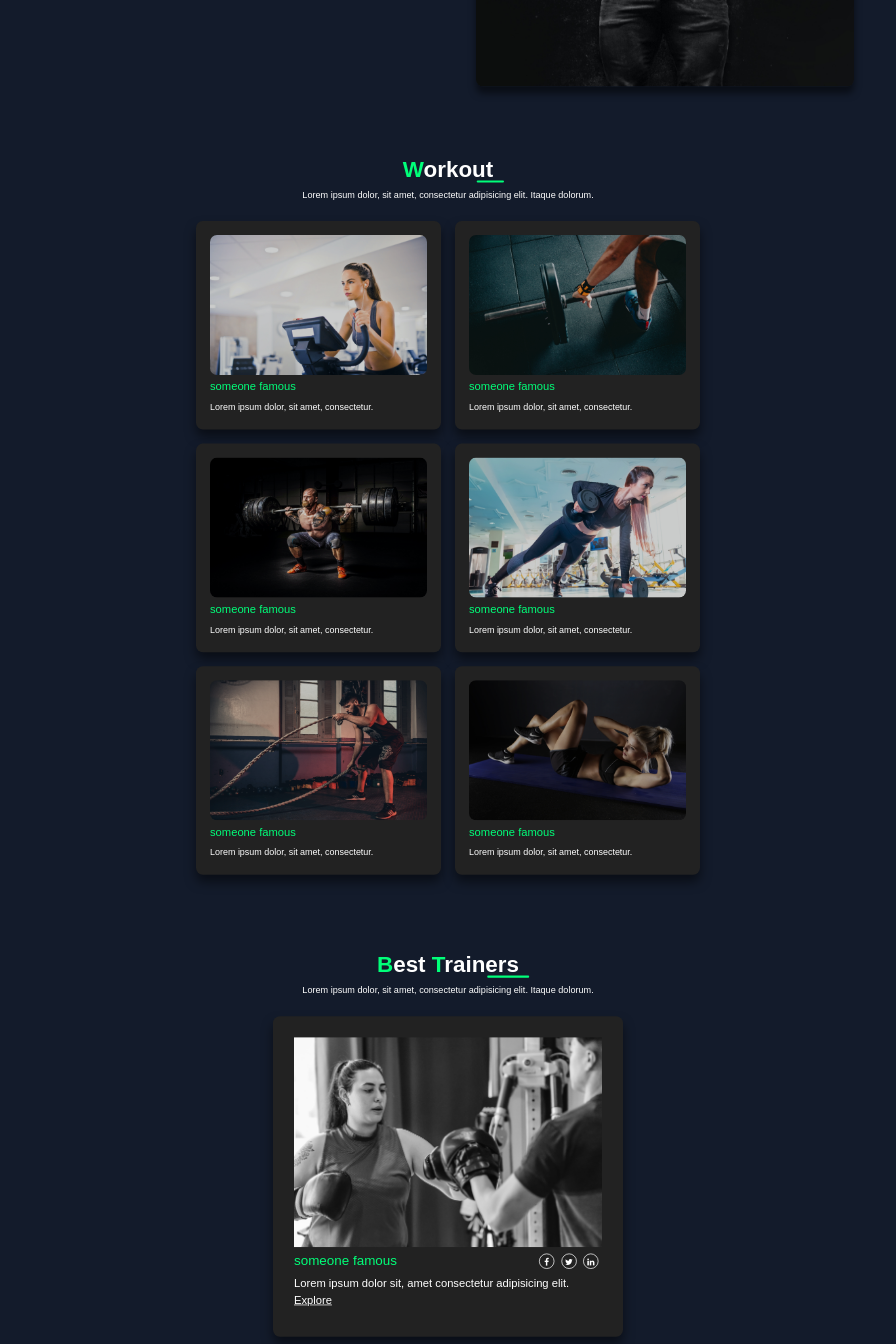
Repository: guilhermecardoso93/fitapex
Page: index.html
These files come from the project's save history. The page is drawn as it stood at one moment and after the next save; the edit follows.
The browser window is 1280 px wide. The pictures show the part of the page from y = 1204 to 3124 px (the page is 3124 px tall), at 70% of full size.

Above is the page before, as saved 2023-03-07 21:01:43.

After the next save:
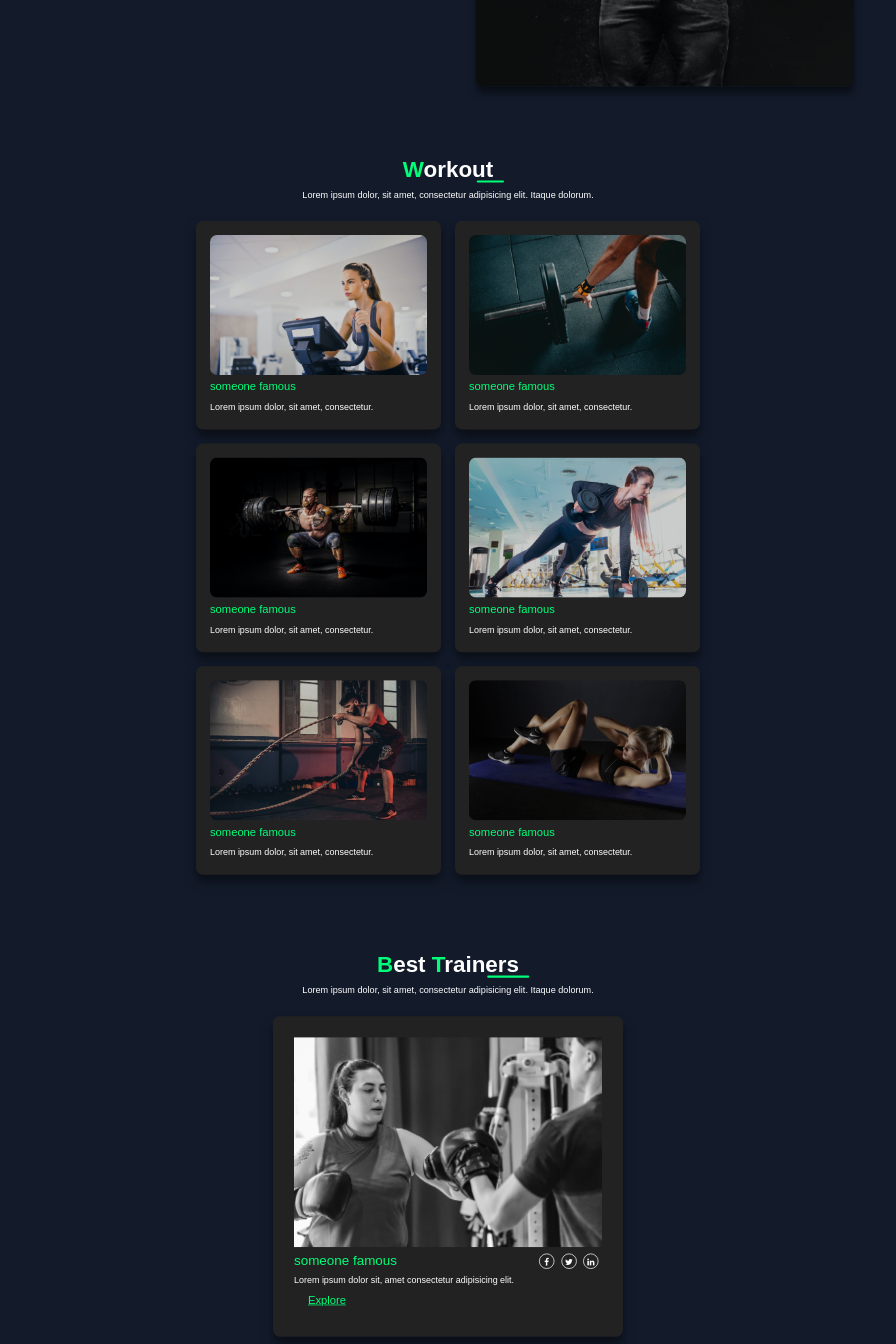
Saved 102 s later.
--- a/css/_trainers.css
+++ b/css/_trainers.css
@@ -59,5 +59,18 @@
 
 .trainers .content .frame .headline .title {
   color: var(--prime);
-  font-size:1.2em;
+  font-size: 1.2em;
 }
+
+.trainers .content .frame p {
+  font-size: 0.8em;
+  position: relative;
+  bottom: 5px;
+}
+
+.trainers .content .frame a {
+  top: 20px;
+  color: var(--prime);
+  background: transparent;
+  padding: 5px 20px;
+}
